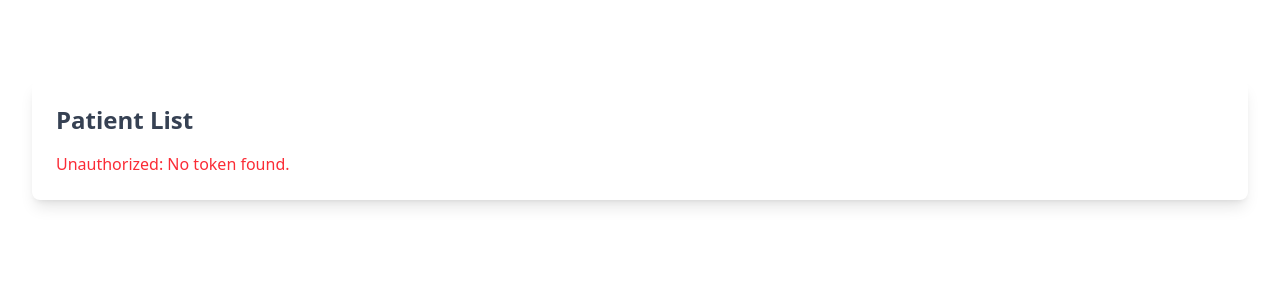
Repository: AnksapuramHarsha/nest_frontend_users
Page: /patients_list
The author's editor kept a copy of each file at every save. The page is drawn from the files as they stood at one save, then again after the next save.
The browser window is 1280 px wide. The pictures show the whole page.
The project was rebuilt for these pictures with package versions that can differ from the ones it lists, and the page was loaded fresh each time. Also part of the build but not shown: vite.config.ts, src/apis/api.ts, src/pages/Login.tsx, src/pages/Dashboard.tsx, src/components/Navbar.tsx, src/components/UserList.tsx, src/pages/Register.tsx, src/pages/HomePage.tsx.

Above is the page before, as saved 2025-03-12 15:33:48.

After the next save:
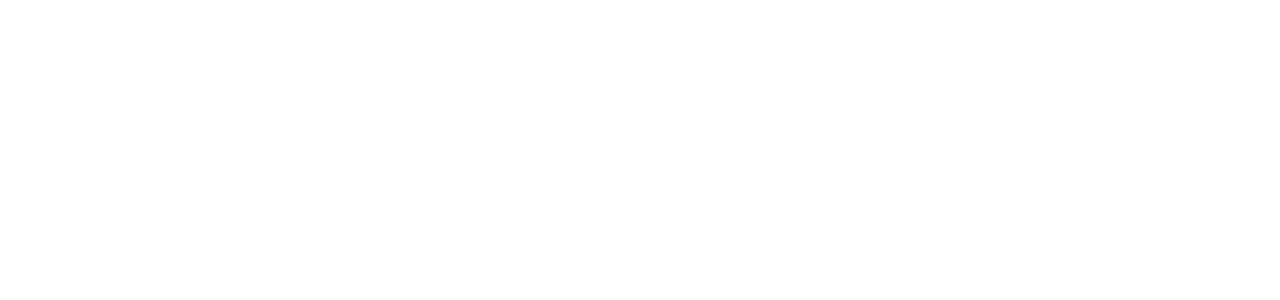
Console error: ReferenceError: searchTerm is not defined
Saved 13 s later.
--- a/src/components/PatientList.tsx
+++ b/src/components/PatientList.tsx
@@ -118,6 +118,21 @@
                 <p className="text-gray-600">No patients found.</p>
             )}
 
+<div className="mb-4 flex justify-between items-center">
+                <input
+                    type="text"
+                    value={searchTerm}
+                    onChange={(e) => setSearchTerm(e.target.value)}
+                    placeholder="Search patients..."
+                    className="px-4 py-2 border-2 border-gray-300 hover:border-gray-800 text-white focus:border-blue-00 focus:outline-none rounded w-1/3"
+                />
+                <Link to="/create">
+                    <button className="bg-blue-500 text-white px-6 py-3 rounded-lg hover:bg-blue-600 transition-colors duration-300">
+                        Add New Patient
+                    </button>
+                </Link>
+
+            </div>
 
             {!loading && !error && patients.length > 0 && (
                 <div className="overflow-x-auto">

After the save that followed:
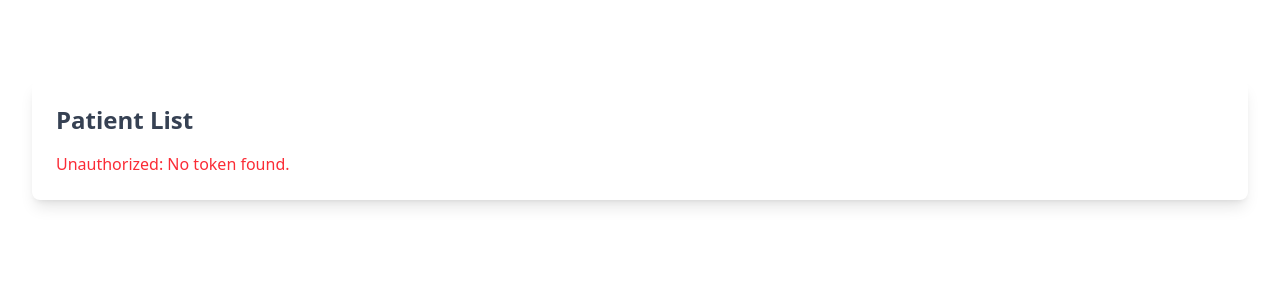
The error is gone.
Saved 31 s later.
--- a/src/components/PatientList.tsx
+++ b/src/components/PatientList.tsx
@@ -118,21 +118,7 @@
                 <p className="text-gray-600">No patients found.</p>
             )}
 
-<div className="mb-4 flex justify-between items-center">
-                <input
-                    type="text"
-                    value={searchTerm}
-                    onChange={(e) => setSearchTerm(e.target.value)}
-                    placeholder="Search patients..."
-                    className="px-4 py-2 border-2 border-gray-300 hover:border-gray-800 text-white focus:border-blue-00 focus:outline-none rounded w-1/3"
-                />
-                <Link to="/create">
-                    <button className="bg-blue-500 text-white px-6 py-3 rounded-lg hover:bg-blue-600 transition-colors duration-300">
-                        Add New Patient
-                    </button>
-                </Link>
-
-            </div>
+
 
             {!loading && !error && patients.length > 0 && (
                 <div className="overflow-x-auto">
